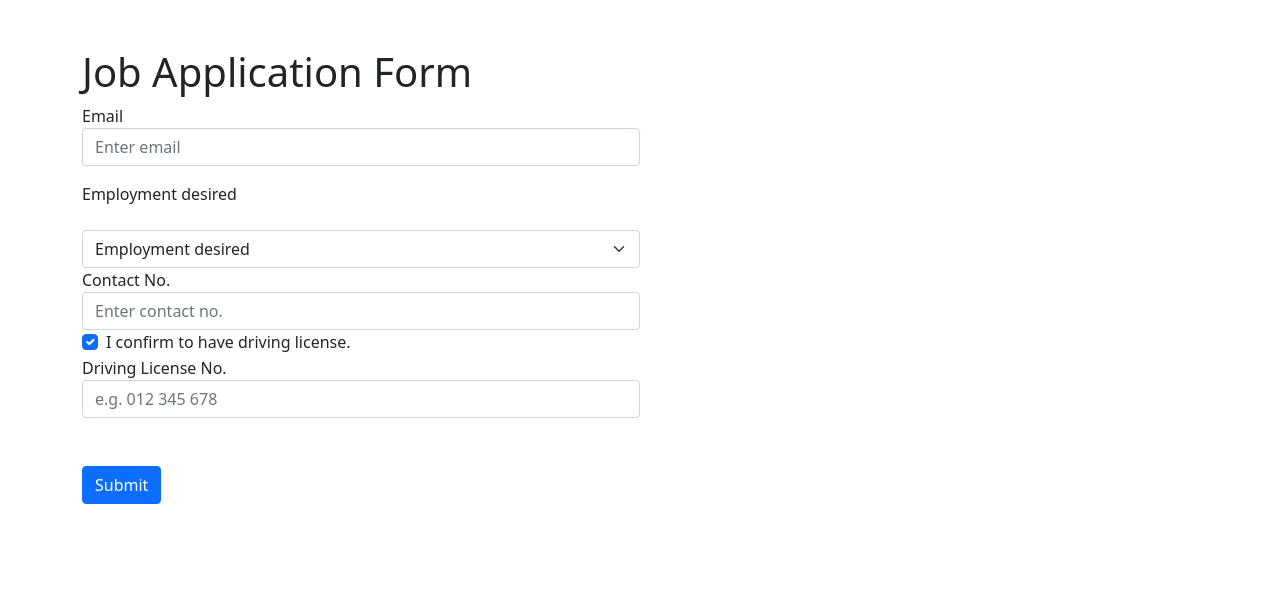
Repository: ahmedibrahimhassan654/dynamic-form-assignment
Page: /
These files come from the project's save history. The page is drawn as it stood at one moment and after a run of saves; the edit follows.
The browser window is 1280 px wide. The pictures show the whole page.
The project was rebuilt for these pictures with package versions that can differ from the ones it lists, and the page was loaded fresh each time.

Above is the page before, as saved 2022-02-10 12:14:56.

### src/App.js
import { useState, useEffect } from "react";

import Element from "./components/Element";
import { FormContext } from "./FormContext";

import formJSON from "./formElement.json";

function App() {
  const [elements, setElements] = useState(null);
  useEffect(() => {
    setElements(formJSON[0]);
  }, []);
  const { page_label, fields } = elements ?? {};

  const handleSubmit = (event) => {
    event.preventDefault();
    console.log("handle submit happen", elements);
  };

  const handleChange = (id, event) => {
    const newElements = { ...elements };

    newElements.fields.forEach((field) => {
      const { field_id, field_type } = field;

      if (id === field_id) {
        switch (field_type) {
          case "checkbox":
            field["field_value"] = event.target.checked;

            break;

          default:
            field["field_value"] = event.target.value;

            break;
        }
      }
      setElements(newElements);
    });
    console.log("new elements", elements);
  };

  return (
    <FormContext.Provider value={{ handleChange }}>
      <>
        <div className="App container mt-5 ">
          <h1>{page_label}</h1>
          <div className="col-md-6">
            <form>
              {fields
                ? fields.map((field, i) => <Element key={i} field={field} />)
                : ""}
              <button
                type="submit"
                className="btn btn-primary mt-5"
                onClick={(e) => handleSubmit(e)}
              >
                Submit
              </button>
            </form>
          </div>
        </div>
      </>
    </FormContext.Provider>
  );
}

export default App;

### src/components/Element.js
import React from "react";
import CheckBox from "./elements/CheckBox";
import Input from "./elements/Input";
import Select from "./elements/Select";

const Element = ({
  field: {
    field_type,
    field_id,
    field_label,
    field_placeholder,
    field_value,
    field_mandatory,
    field_options,
  },
}) => {
  switch (field_type) {
    case "text":
      return (
        <Input
          field_id={field_id}
          field_label={field_label}
          field_placeholder={field_placeholder}
          field_value={field_value}
          field_mandatory={field_mandatory}
        />
      );
    case "select":
      return (
        <Select
          field_id={field_id}
          field_label={field_label}
          field_placeholder={field_placeholder}
          field_value={field_value}
          field_mandatory={field_mandatory}
          field_options={field_options}
        />
      );
    case "checkbox":
      return (
        <CheckBox
          field_id={field_id}
          field_label={field_label}
           field_value={field_value}
          field_mandatory={field_mandatory}
        />
      );

    default:
      return null;
  }
};

export default Element;

### src/FormContext.js
import { createContext } from "react";
export const FormContext = createContext(null);

### src/formElement.json
[
  {
    "page_label": "Job Application Form",
    "fields": [
      {

      }
      ,
      {
        "field_id": "email",
        "field_label": "Email",
        "field_mandatory": "yes",
        "field_placeholder": "Enter email",
        "field_type": "text"
      },
      {
        "field_id": "employment",
        "field_label": "Employment desired",
        "field_placeholder": "Employment desired",
        "field_value": "Part-Time",
        "field_mandatory": "yes",
        "field_options": [
          {
            "option_label": "Full-Time"
          },
          {
            "option_label": "Part-Time"
          }
        ],
        "field_type": "select"
      },
      {
        "field_id": "contact",
        "field_label": "Contact No.",
        "field_mandatory": "yes",
        "field_placeholder": "Enter contact no.",
        "field_type": "text"
      },
      {
        "field_id": "driving_license",
        "field_label": "I confirm to have driving license.",
        "field_type": "checkbox",
        "field_value": "checked"
      },
      {
        "field_id": "identity",
        "field_label": "Driving License No.",
        "field_mandatory": "yes",
        "field_placeholder": "e.g. 012 345 678",
        "field_type": "text"
      }
    ]
  }
]

### src/components/elements/CheckBox.js
import React, { useContext } from "react";
import { FormContext } from "../../FormContext";

const CheckBox = ({ field_id, field_label, field_value, field_mandatory }) => {
  const { handleChange } = useContext(FormContext);

  return (
    <div className="form-check ">
      <input
        type="checkbox"
        className="form-check-input"
        id="exampleCheck1"
        checked={field_value}
        onChange={(event) => handleChange(field_id, event)}
      />
      <label className="form-check-label" htmlFor="exampleCheck1">
        {("", field_label)}
      </label>
    </div>
  );
};

export default CheckBox;

### src/components/elements/Input.js
import React, { useContext } from "react";
import { FormContext } from "../../FormContext";

const Input = ({
  field_id,
  field_label,
  field_placeholder,
  field_value,
  field_mandatory,
}) => {
  const { handleChange } = useContext(FormContext);
  // handleChange();
  return (
    <div className="form-group">
      <label htmlFor="exampleInputEmail1">{field_label}</label>
      <input
        type="text"
        className="form-control"
        id="exampleInputEmail1"
        aria-describedby="emailHelp"
        placeholder={field_placeholder ? field_placeholder : ""}
        value={field_value}
        required={field_mandatory === "yes" ? true : false}
        onChange={(event) => handleChange(field_id, event)}

      />
    </div>
  );
};

export default Input;

### src/components/elements/Select.js
import React, { useContext } from "react";
import { FormContext } from "../../FormContext";

const Select = ({
  field_id,
  field_label,
  field_placeholder,
  field_value,
  field_mandatory,
  field_options,
}) => {
  const { handleChange } = useContext(FormContext);
  return (
    <>
      <label className="form-label mt-3">{field_label}</label>
      <select
        className="form-select mt-3"
        aria-label="Default select example"
        required={field_mandatory === "yes" ? true : false}
        onChange={(event) => handleChange(field_id, event)}
      >
        <option>{field_placeholder}</option>
        {field_options.length > 0 &&
          field_options.map((option, i) => (
            <option value={option.option_label} key={i}>
              {option.option_label}
            </option>
          ))}
      </select>
    </>
  );
};

export default Select;

Loaded but not shown: public/index.html (common file); src/index.js (common file)

After the next 2 saves:
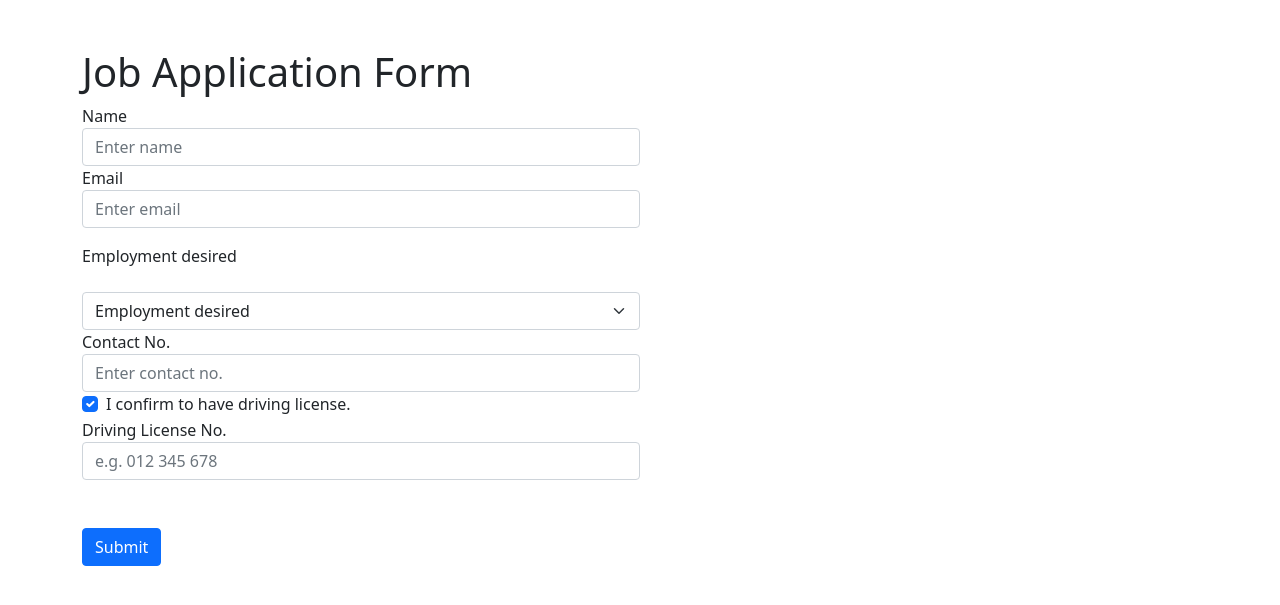
The 2 saves are shown as one change because they came seconds apart.
The last was saved 5 min 43 s later.
--- a/src/formElement.json
+++ b/src/formElement.json
@@ -3,9 +3,14 @@
     "page_label": "Job Application Form",
     "fields": [
       {
+        "field_id": "english_name",
+        "field_label": "Name",
+        "field_mandatory": "yes",
+        "field_placeholder": "Enter name",
+        "field_type": "text",
+        "field_value": ""
+      },
 
-      }
-      ,
       {
         "field_id": "email",
         "field_label": "Email",
